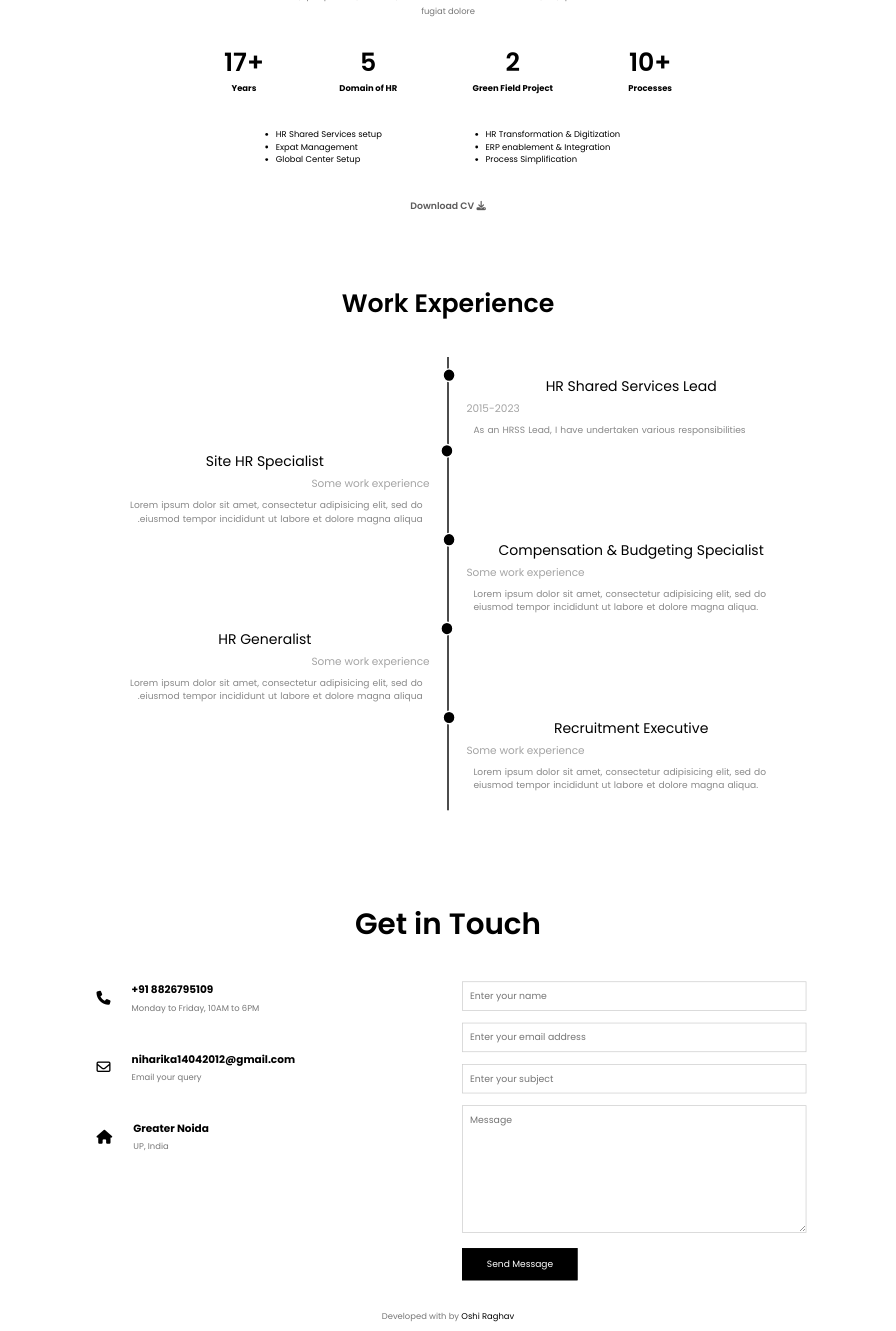
Repository: xoshiraghavx/Niharika-portfolio
Page: index.html
An editor plug-in stored every save of this project. The page is shown before and after a run of saves, followed by the edit.
The browser window is 1280 px wide. The pictures show the part of the page from y = 1000 to 2920 px (the page is 2901 px tall before and 2920 px after), at 70% of full size.
Some web libraries are served in a nearby version.

Above is the page before, as saved 2023-06-16 10:28:50.

After the next 2 saves:
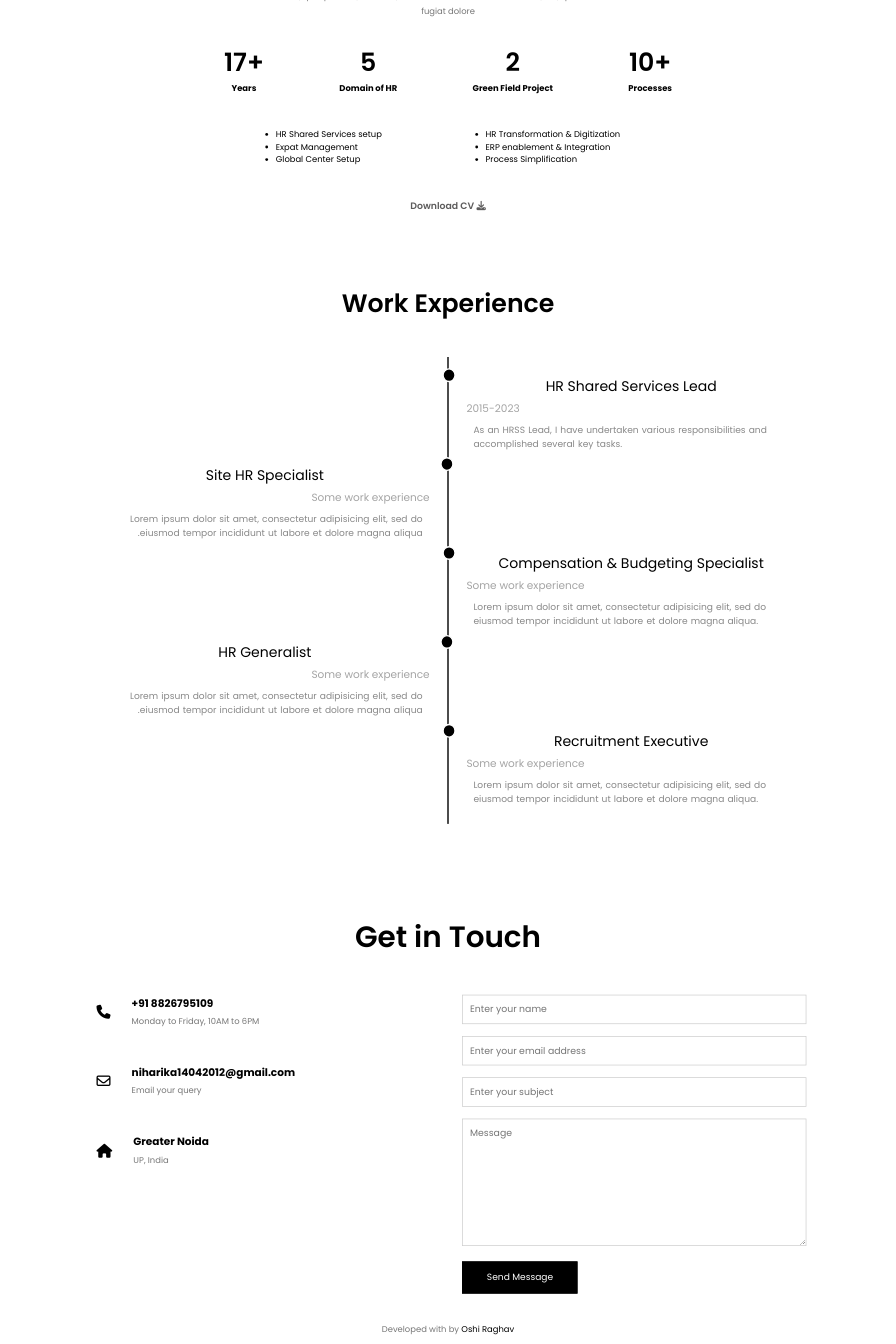
The 2 saves are shown as one change because they came seconds apart.
The last was saved 25 s later.
--- a/index.html
+++ b/index.html
@@ -123,7 +123,7 @@
                <div class="timeline-content">
                   <h3>HR Shared Services Lead </h3>
                   <span>2015-2023</span>
-                  <p>As an HRSS Lead, I have undertaken various responsibilities</p>
+                  <p>As an HRSS Lead, I have undertaken various responsibilities and accomplished several key tasks. </p>
                </div>
             </div>
             <div class="timeline-block timeline-block-left">
